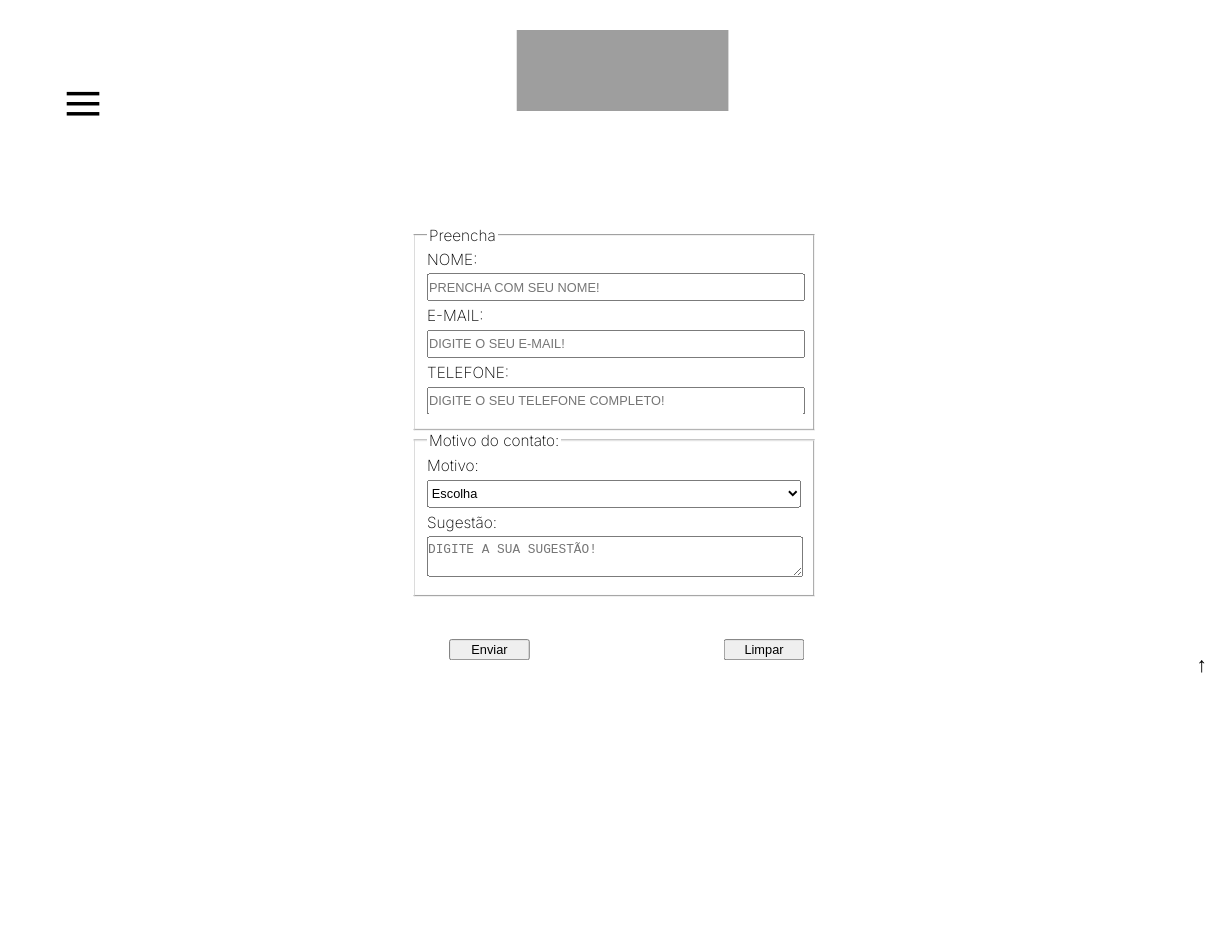
Repository: Cavejon/faClubeHighCompany
Page: ProjetoFaClubeHigh/WebContent/META-INF/pages/site/sugestoes.html
An editor plug-in stored every save of this project. The page is shown before and after the next save, followed by the edit.
The browser window is 1280 px wide. The pictures show the whole page, at 96% of full size.
Pictures or frames that could not be fetched are drawn as grey boxes. Some icons come from a web library that is not loaded, so they are not drawn.

Above is the page before, as saved 2022-12-06 22:13:01.
Console error: TypeError: Cannot read properties of null (reading 'addEventListener')

### ProjetoFaClubeHigh/WebContent/META-INF/pages/site/sugestoes.html
<!DOCTYPE html>
<html lang="pt-br">
<head>
<meta charset="UTF-8">
<meta name="viewport" content="widht=device-widht, initial-scale=1.0">
<link rel="stylesheet" type="text/css" href="../../../css/sugestoes.css">
<script src="https://unpkg.com/phosphor-icons"></script>
<title>SUGESTÕES</title>
</head>
<body onload='document.form1.text1.focus()'>

	<div id="myNav" class="overlay">
		<a href="javascript:void(0)" class="closebtn" onclick="closeNav()">
			× </a>

		<div class="overlay-content">
			<a href="../../../index.html">HISTÓRIA</a> <a href="sugestoes.html">SUGESTÕES</a>
			<a href="lookBook.html">LOOKBOOK</a> <a href="contatos.html">CONTATOS</a>
		</div>
	</div>

	<span id="menuNav" style="font-size: 73px; cursor: pointer"
		onclick="openNav()"> ≡ </span>

	<script>
		function openNav() {
			document.getElementById("myNav").style.display = "block";
		}

		function closeNav() {
			document.getElementById("myNav").style.display = "none";
		}
	</script>
	<div>
		<a
			href="file:///C:/Users/pedro_cavejon/Downloads/desafioHighFaClube/ProjetoFaClubeHigh/WebContent/index.html">
			<img src="../../../img/HIGHLOGO.png" alt="logo da HIGH"
			class="logoHigh">
		</a>
	</div>
 <!--
	<section class="faleConosco">

		<form name="form1" method="post" action="#">
			<fieldset>
				<legend>Preencha</legend>

				<label for="nome"><i class="ph-user"></i>NOME: </label> <label
					for="firstname"></label> <input type="text" name="nome " required
					id="firstname" placeholder="PRENCHA COM SEU NOME!">


			<ul>

				<li><input type='text' name='text1' /></li>
				<li>&nbsp;</li>
				<li class="submit"><input type="submit" name="submit"
					value="Submit" onclick="ValidateEmail(document.form1.text1)" /></li>
				<li>&nbsp;</li>
			</ul>

		<label for="fone"><i class="ph-phone"></i>TELEFONE: </label> <input
					type="text" name="txtfone" id="fone"
					placeholder="DIGITE O SEU TELEFONE COMPLETO!">
				<button id="btnClear" type="reset">Limpar</button>
				<button id="btnSubmit" type="submit">Enviar</button>

					</fieldset>
		</form>
	</section>

-->
	<section class="faleConosco">

		<form name="frmsugestões" method="post" action="#">
			<fieldset>
				<legend>Preencha</legend>

				<label for="nome"><i class="ph-user"></i>NOME: </label> <label
					for="firstname"></label> <input type="text" name="nome " required
					id="firstname" placeholder="PRENCHA COM SEU NOME!">

				 <label	for="mail"><i class="ph-envelope"></i>E-MAIL: </label>
				  <input type="email" id="email" placeholder="DIGITE O SEU E-MAIL!">

				<label for="fone"><i class="ph-phone"></i>TELEFONE: </label> <input
					type="text" name="txtfone" id="fone"
					placeholder="DIGITE O SEU TELEFONE COMPLETO!">


			</fieldset>

			<fieldset class="sugestoesAqui">
				<legend>Motivo do contato:</legend>
				<label for="motivo"><i class="ph-arrow-bend-up-right"></i>Motivo:</label>
				<select name="selmotivo" id="motivo">
					<option value="">Escolha</option>
					<option value="RE">Reclamação</option>
					<option value="SU">Sugestão</option>
				</select> <label for="comentario">Sugestão:</label>
				<textarea name="txacomentario" id="comentario"
					placeholder="DIGITE A SUA SUGESTÃO!"></textarea>
				<button id="btnClear" type="reset">Limpar</button>
				<button id="btnSubmit" type="submit">Enviar</button>

			</fieldset>
		</form>
	</section>


	<a class="btn" href="#"></a>

	<script type="text/javascript" src="menuDropDown.js"></script>
	<script type="text/javascript" src="formvalidador.js"></script>

</body>
</html>

### ProjetoFaClubeHigh/WebContent/css/sugestoes.css
@charset "UTF-8";

@import
	url('https://fonts.googleapis.com/css2?family=Inter:wght@200&display=swap')
	;

.logoHigh {
	width: 221px;
	height: 85px;
	top: 31px;
	right: 50%;
	left: 42%;
	position: absolute;
}

body {
	height: 100%;
	width: 50%;
}

.faleConosco {
	box-sizing: border-box;
	position: absolute;
	width: 33%;
	left: 50%;
	transform: translate(-50%, -29%);
	top: 63%;
	font-family: 'Inter', 'sans-serif';
	height: 105%
}

.sugestoesAqui {
	font-family: 'Inter';
}

.faleConosco input, .faleConosco textarea, .faleConosco select {
	margin: 5px auto;
	width: 100%;
	padding: 5px 0;
}

.faleConosco textaera {
	height: 100px;
	resize: none;
}

.faleConosco button {
	box-sizing: border-box;
	position: absolute;
	width: 84px;
	height: 22px;
	left: 38%;
	top: 57%;
}

.show {
	display: block;
}

#topoId {
	position: absolute;
	width: 186px;
	height: 29px;
	left: 43%;
	font-family: 'Inter';
	font-style: normal;
	font-size: 29px;
	line-height: 36px;
	top: 24%;
}

#menu {
	list-style: none;
	padding: 0;
}

.overlay-content {
	position: relative;
	top: 37%;
	width: 100%;
	text-align: center;
	font-family: 'Inter';
}

.overlay a {
	padding: 10px;
	text-decoration: none;
	font-size: 40px;
	color: white;
	display: block;
	transition: 0.3s;
	font-family: 'Inter';
}

.overlay .closebtn {
	position: absolute;
	top: 10px;
	right: 35px;
	font-size: 70px;
}

#menuNav {
	display: flex;
	padding: 3.625rem;
	max-width: 10px;
}

.btn {
	display: flex;
	justify-content: center;
	align-items: center;
	position: fixed;
	bottom: 10px;
	right: 10px;
	width: 37px;
	height: 35px;
	text-decoration: none;
}

.btn::after {
	content: "↑";
	font-size: 22px;
	font-weight: bold;
	color: #000;
	transition: margin-top 250ms;
}

.btn:hover::after {
	margin-top: -8px;
}

#btnClear {
	left: 20.3125rem;
}

#btnSubmit {
	left: 2.4375rem;
}

.overlay {
	width: 100%;
	height: 100vh;
	position: fixed;
	bottom: 0;
	left: 0;
	z-index: 1;
	background-color: rgba(0, 0, 0, 0.85);
	justify-content: center;
	align-items: center;
	display: none;
	flex-direction: column;
	font-family: 'Inter';
}


/***************************
Validador para o formulário name
**************************/
#nameError {
	display: none;
	font-size: 0.8em;
}

#nameError.visible {
	display: block;
}

input.invalid {
	border-color: red;
}
/*******************
validation name
***********************/
/*****************

li {list-style-type: none;
font-size: 16pt;
}
.mail {
margin: auto;
padding-top: 10px;
padding-bottom: 10px;
width: 400px;
background :
#D8F1F8;
border: 1px soild
silver;
}
.mail h2 {
margin-left: 38px;
}
input {
font-size: 20pt;
}
input:focus, textarea:focus{
background-color:
lightyellow;
}
input submit {
font-size: 12pt;
}
.rq {
color:
#FF0000;
font-size: 10pt;
}

********************/

### ProjetoFaClubeHigh/WebContent/META-INF/pages/site/menuDropDown.js
function myFunction() {
  document.getElementById("myDropdown").classList.toggle("show");
}

// Close the dropdown menu
window.onclick = function(event) {
  if (!event.target.matches('.dropbtn')) {
    var dropdowns = document.getElementsByClassName("dropdown-content");
    var i;
    for (i = 0; i < dropdowns.length; i++) {
      var openDropdown = dropdowns[i];
      if (openDropdown.classList.contains('show')) {
        openDropdown.classList.remove('none');
      }
    }
  }
}

### ProjetoFaClubeHigh/WebContent/META-INF/pages/site/formvalidador.js
//validation name

const nameField = document.querySelector("input");

nameField.addEventListener("input", () => {
	nameField.setCustomValidity("");
	nameField.checkValidity();
	console.log(nameField.checkValidity());
});

nameField.addEventListener("invalid", () => {
	nameField.setCustomValidity("Este campo deve ser preenchido!");
});

//validation phone

var phone_input = document.getElementById("myform_phone");

phone_input.addEventListener('input', () => {
  phone_input.setCustomValidity('');
  phone_input.checkValidity();
});

phone_input.addEventListener('invalid', () => {
  if(phone_input.value === '') {
    phone_input.setCustomValidity('Enter phone number!');
  } else {
    phone_input.setCustomValidity('Enter phone number in this format: 123-456-7890');
  }
});

After the next save:
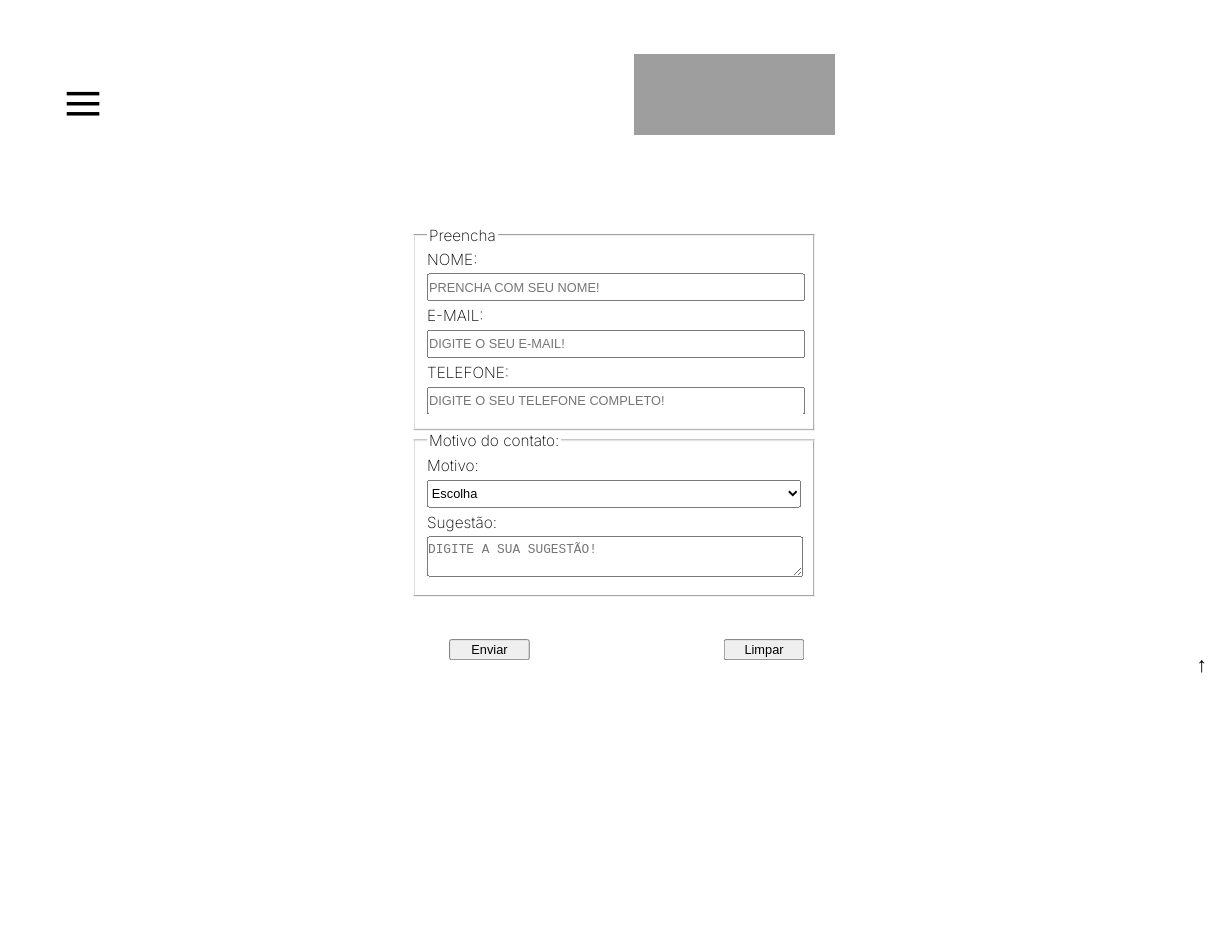
Saved 37 s later.
--- a/ProjetoFaClubeHigh/WebContent/css/sugestoes.css
+++ b/ProjetoFaClubeHigh/WebContent/css/sugestoes.css
@@ -5,11 +5,10 @@
 	;
 
 .logoHigh {
-	width: 221px;
-	height: 85px;
-	top: 31px;
-	right: 50%;
-	left: 42%;
+	width: 13.125rem;
+	height: 5.3125rem;
+	top: 3.5rem;
+	left: 41.25rem;
 	position: absolute;
 }
 
@@ -152,7 +151,6 @@
 	font-family: 'Inter';
 }
 
-
 /***************************
 Validador para o formulário name
 **************************/

After the save that followed:
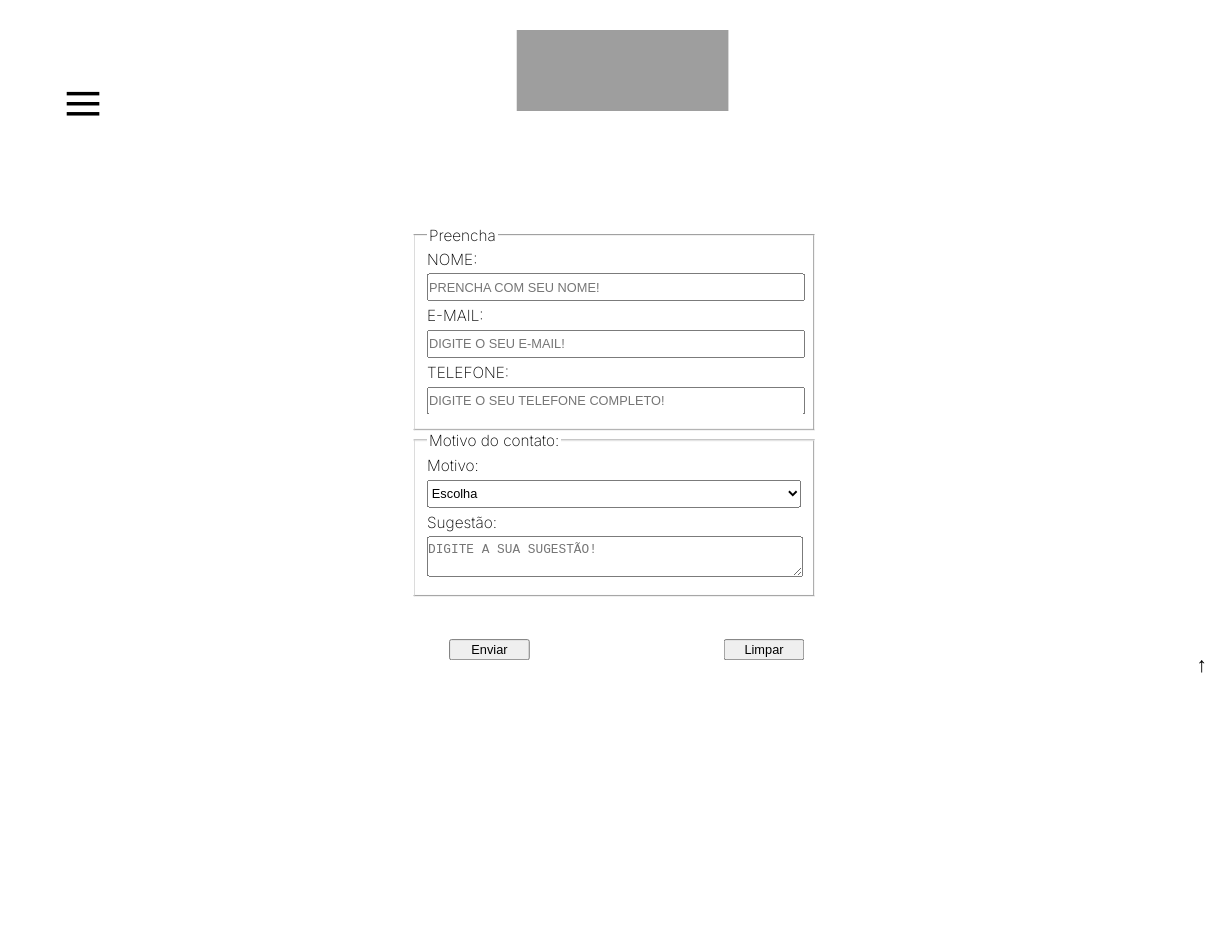
Saved 14 s later.
--- a/ProjetoFaClubeHigh/WebContent/css/sugestoes.css
+++ b/ProjetoFaClubeHigh/WebContent/css/sugestoes.css
@@ -5,10 +5,11 @@
 	;
 
 .logoHigh {
-	width: 13.125rem;
-	height: 5.3125rem;
-	top: 3.5rem;
-	left: 41.25rem;
+	width: 221px;
+	height: 85px;
+	top: 31px;
+	right: 50%;
+	left: 42%;
 	position: absolute;
 }
 
@@ -151,6 +152,7 @@
 	font-family: 'Inter';
 }
 
+
 /***************************
 Validador para o formulário name
 **************************/
